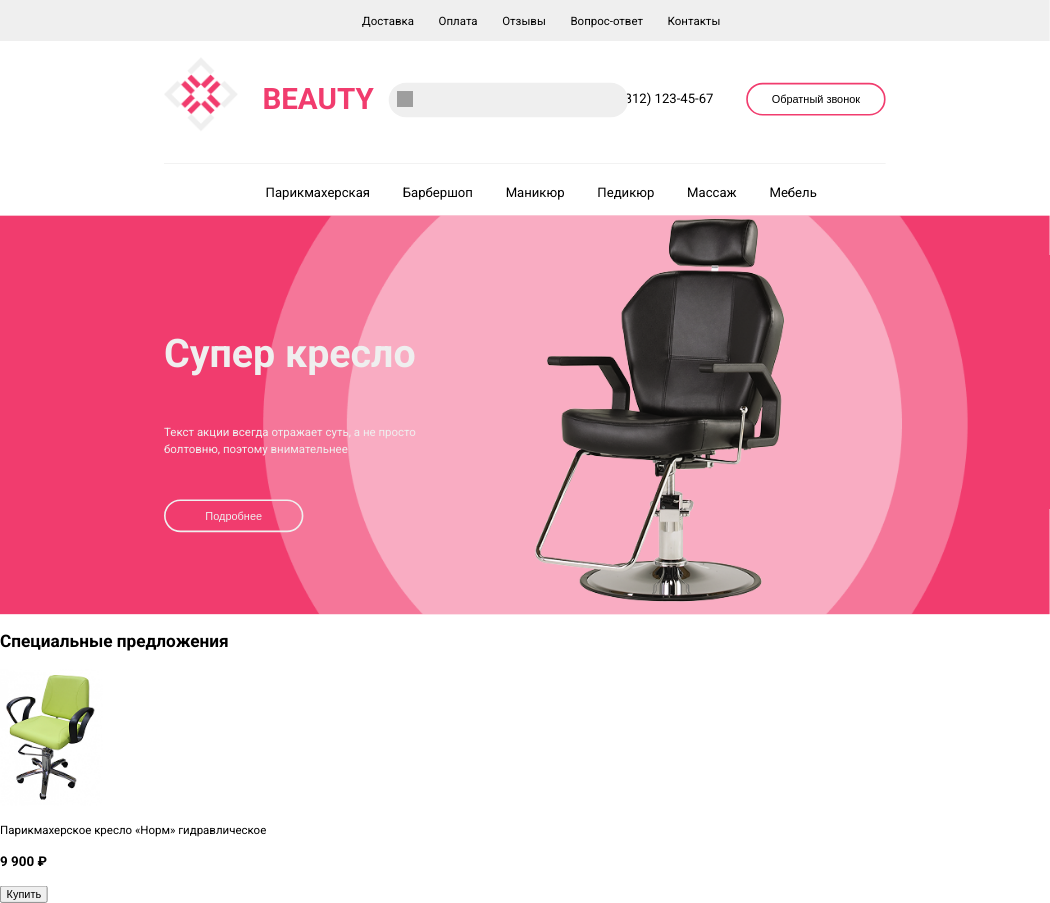
Repository: savannaaaas/verstka
Page: index.html
These files come from the project's save history. The page is drawn as it stood at one moment and after the next save; the edit follows.
The browser window is 1280 px wide. The pictures show the whole page, at 82% of full size.
Pictures or frames that could not be fetched are drawn as grey boxes. Some web fonts or font styles are not loaded; a fallback is used.

Above is the page before, as saved 2025-04-16 10:35:05.

After the next save:
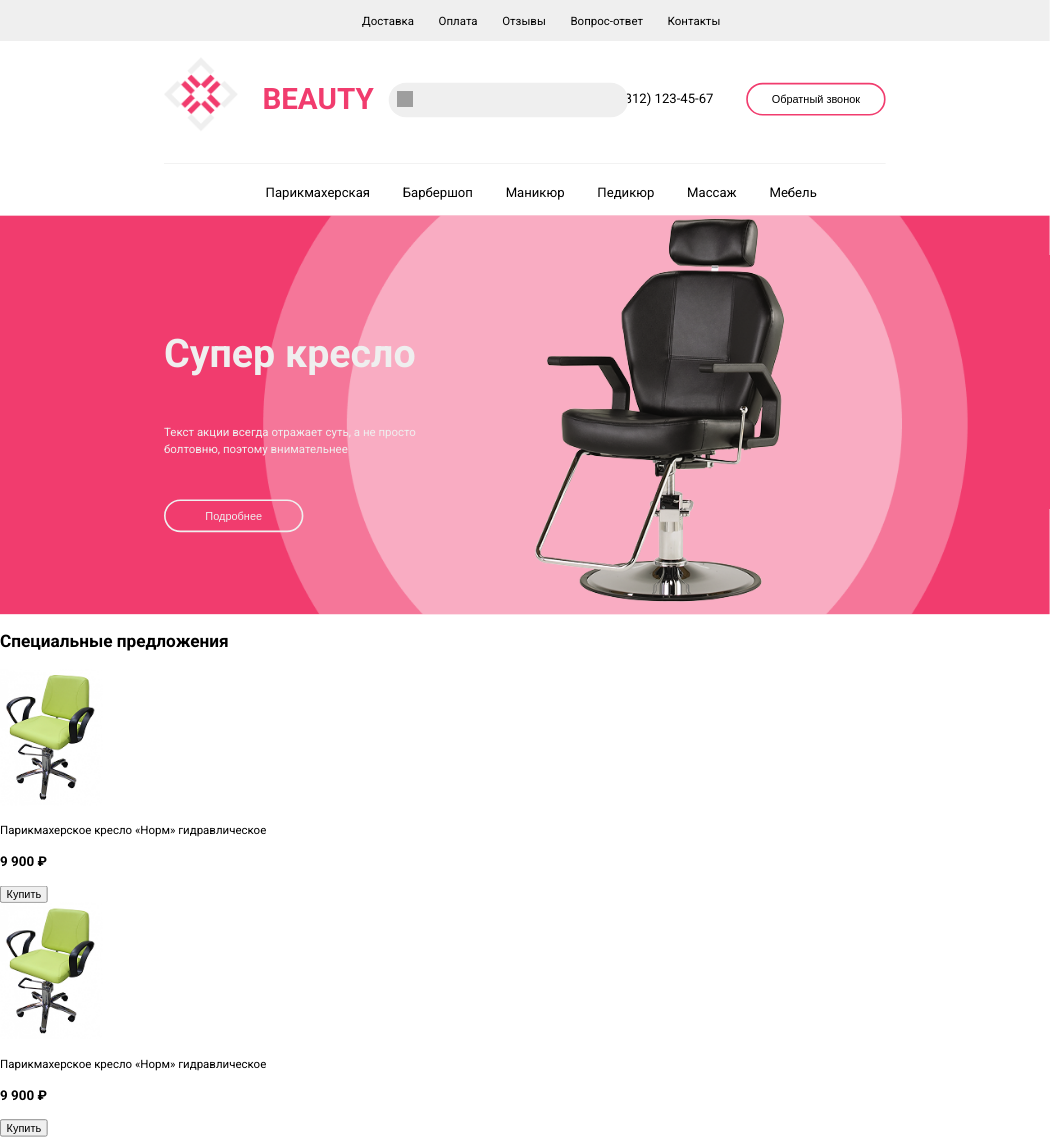
Saved 10 s later.
--- a/index.html
+++ b/index.html
@@ -65,6 +65,12 @@
                 <h3>9 900 ₽</h3>
                 <button>Купить</button>
             </div>
+            <div class="armchair2">
+                <img alt="armchair" src="greenArmchair.png">
+                <p class="text-greenArmchair">Парикмахерское кресло «Норм» гидравлическое</p>
+                <h3>9 900 ₽</h3>
+                <button>Купить</button>
+            </div>
         </div>
 
     </div>
